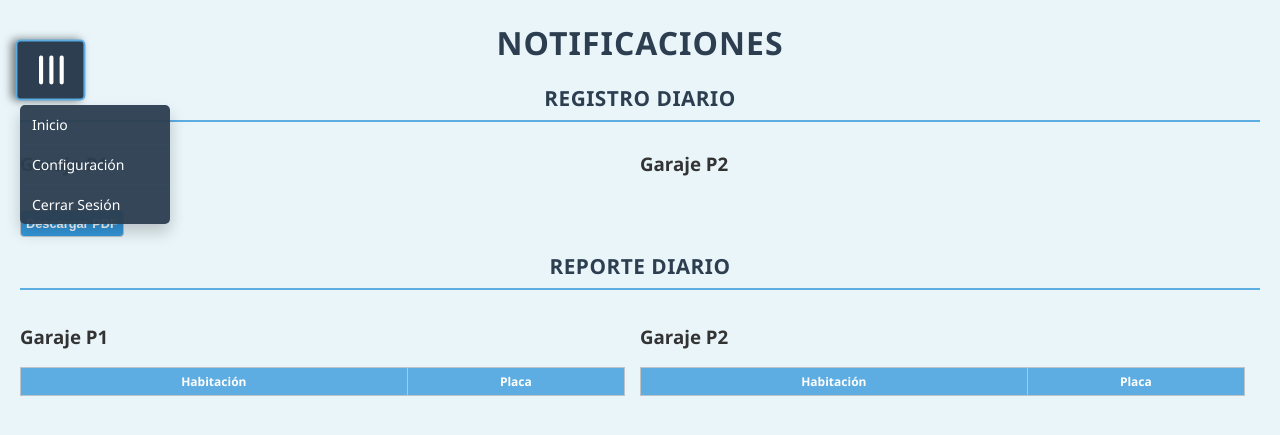
Repository: EddyWebz/base-datos
Page: privado/report.html
An editor plug-in stored every save of this project. The page is shown before and after the next save, followed by the edit.
The browser window is 1280 px wide. The pictures show the whole page.
After loading, the first visible `button.menu-icon` was clicked once.
The page's requests for data from a server got no answer.

Above is the page before, as saved 2024-08-29 17:04:06.

After the next save:
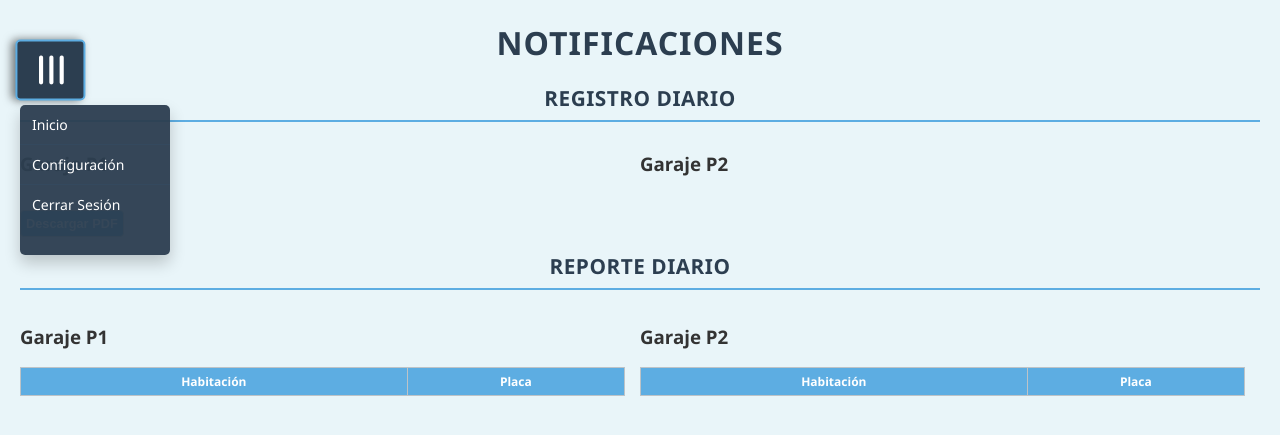
Saved 29 s later.
--- a/BASE-2/notif.css
+++ b/BASE-2/notif.css
@@ -201,7 +201,7 @@ button:hover {
         visibility: visible;
         transform: translateY(0);
         min-width: 150px; /* Aumentar el ancho del menú */
-        min-width: 150px;
+        min-height: 150px;
     }
 
 }
